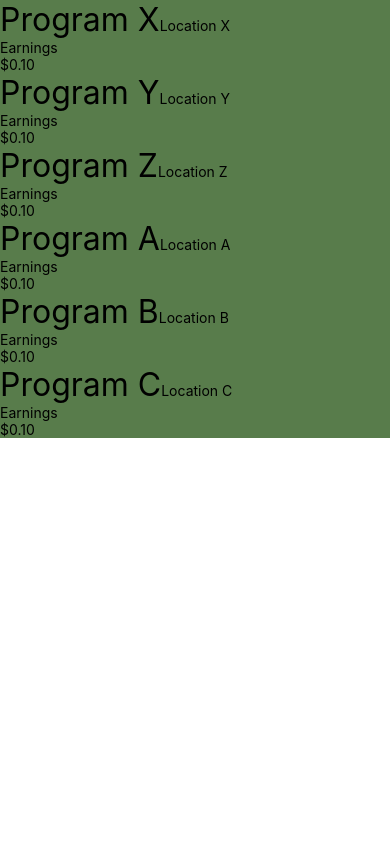
Repository: ct-pham/COMP4511
Screen: / (app in comp4511/)
These files come from the project's save history. The screen is drawn as it stood at one moment and after the next save; the edit follows.
The app was drawn by React Native's web renderer in a window 390 px wide. The project was rebuilt for these pictures with package versions that can differ from the ones it lists, and the page was loaded fresh each time. Also part of the build but not shown: comp4511/Components/Homepage.js, comp4511/Components/AllEarnings.js, comp4511/Components/ProgramEarnings.js, comp4511/Components/Register.js, comp4511/Components/Login.js.

Above is the screen before, as saved 2022-11-09 18:46:19.

### comp4511/App.js
import React, {useState} from 'react';
import { StatusBar } from 'expo-status-bar';
import { StyleSheet, Text, View } from 'react-native';
import { NavigationContainer } from '@react-navigation/native';
import { createNativeStackNavigator } from '@react-navigation/native-stack';
import Homepage from './Components/Homepage';
import AllEarnings from './Components/AllEarnings';
import ProgramEarnings from './Components/ProgramEarnings';
import Register from './Components/Register';
import Login from './Components/Login';
import Compare from './Components/compareProgram/Compare';

const Stack = createNativeStackNavigator();


export default function App() {
  return (
    // <NavigationContainer>
    //   <Stack.Navigator>
    //     <Stack.Screen name="Register" component={Register} />
    //     <Stack.Screen name="Login" component={Login} />
    //     <Stack.Screen name="Home" component={Homepage}/>
    //     <Stack.Screen name="AllEarnings" component={AllEarnings}/>
    //     <Stack.Screen name="ProgramEarnings" component={ProgramEarnings}/>
    //   </Stack.Navigator>
    // </NavigationContainer>
    <Compare/>
  );
}

### comp4511/Components/compareProgram/Compare.js
import {
    StyleSheet,
    Text,
    SafeAreaView,
    statusBar,
    FlatList,
} from 'react-native';
import Items from './Items';

import ProgramDetails from './ProgramDetails';

export default function Compare() {
    return (
        <SafeAreaView style={styles.container}>
            <FlatList
                data = {ProgramDetails}
                renderItem={({ item }) => <Items item = {item} />}
                showsVerticalScrollIndicator

            />
        </SafeAreaView>
    );
}

const styles = StyleSheet.create({

});

### comp4511/Components/compareProgram/Items.js
import {
    View,
    Text,
    StyleSheet,
    Image,
    useWindowDimensions,
    TouchableOpacity,
    StatusBar,
} from 'react-native';
import { useState } from 'react';


export default function Items ({item}) {

    const { width } = useWindowDimensions();
    return (
        <View style={ styles.container}>

            <View style = {[styles.programContainer, {width}]}>
                <view style = {styles.programStyle}>
                    <Text style = {styles.title}>{item.title}</Text>
                    <Text style = {styles.location}>{item.location}</Text>

                    <View>
                        <Text style = {styles.Earnings}>{item.Earning}</Text>
                        <Text style = {styles.Total}>{item.Total}</Text>

                    </View>
                </view>
            </View>

        </View>
    )
}

const styles = StyleSheet.create({
    container: {
        flex: 1,
        marginTop: StatusBar.currentHeight || 0,


      },
    item: {
        padding: 20,
        marginVertical: 8,
        marginHorizontal: 16,
      },
    title: {
        fontSize: 32,
      },
    programContainer: {
        backgroundColor: '#587C4B',
    },
    programStyle: {
        alignItems: 'center',
    },
});

### comp4511/Components/compareProgram/ProgramDetails.js
export default [
    {
        id: '1',
        title: 'Program X',
        location: 'Location X',
        Earning: 'Earnings',
        Total: '$0.10',

    },
    {
        id: '2',
        title: 'Program Y',
        location: 'Location Y',
        Earning: 'Earnings',
        Total: '$0.10',

    },
    {
        id: '3',
        title: 'Program Z',
        location: 'Location Z',
        Earning: 'Earnings',
        Total: '$0.10',

    },
    {
        id: '4',
        title: 'Program A',
        location: 'Location A',
        Earning: 'Earnings',
        Total: '$0.10',

    },
    {
        id: '5',
        title: 'Program B',
        location: 'Location B',
        Earning: 'Earnings',
        Total: '$0.10',

    },
    {
        id: '6',
        title: 'Program C',
        location: 'Location C',
        Earning: 'Earnings',
        Total: '$0.10',
    }

]

After the next save:
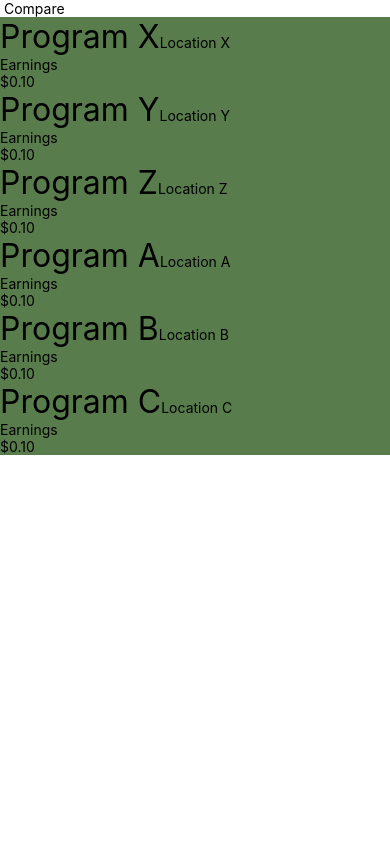
Saved 6 s later.
--- a/comp4511/Components/compareProgram/Compare.js
+++ b/comp4511/Components/compareProgram/Compare.js
@@ -12,6 +12,7 @@ import ProgramDetails from './ProgramDetails';
 export default function Compare() {
     return (
         <SafeAreaView style={styles.container}>
+            <Text> Compare</Text>
             <FlatList
                 data = {ProgramDetails}
                 renderItem={({ item }) => <Items item = {item} />}
